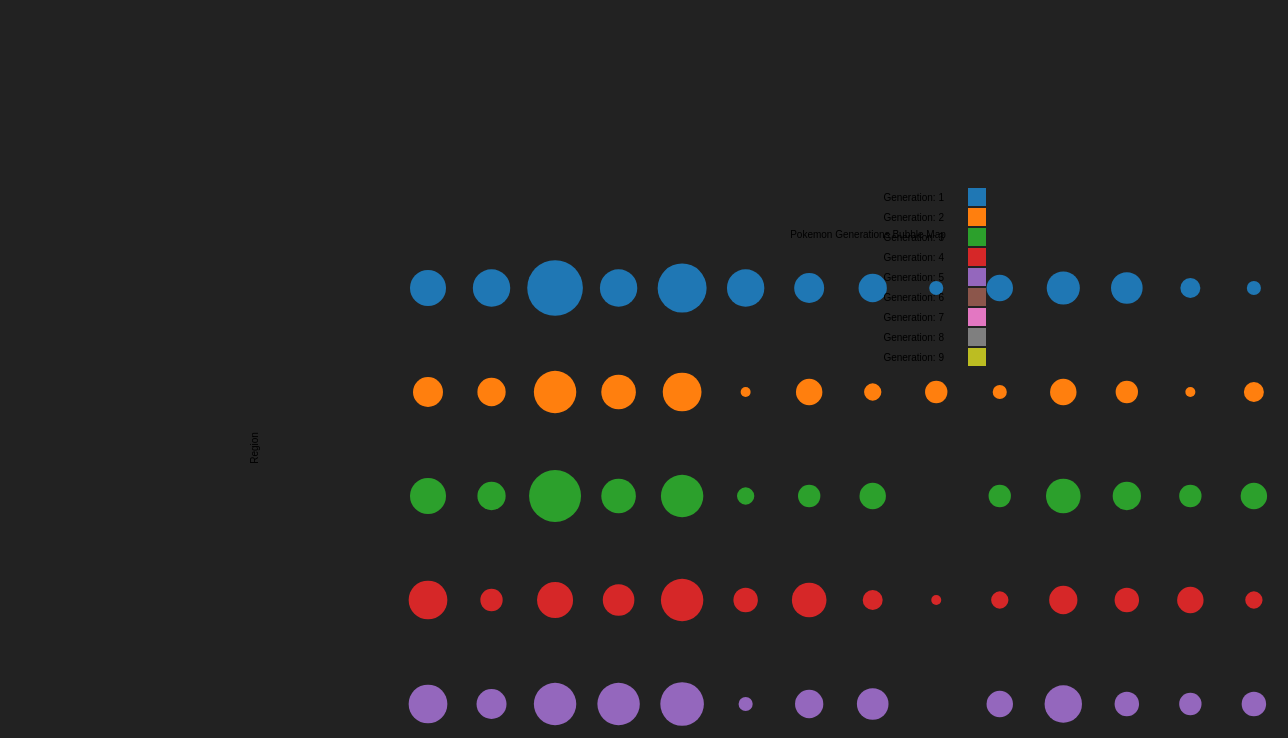
Repository: Cartterr/Proyecto-VisInfo
Page: Propuesta2_Atributos_Burbujas.html
An editor plug-in stored every save of this project. The page is shown before and after the next save, followed by the edit.
The browser window is 1280 px wide. The page is 1288 px wide, so the pictures cover 1288 px, including what lies to the right of the window. The pictures show the whole page.

Above is the page before, as saved 2023-06-21 04:02:39.

After the next save:
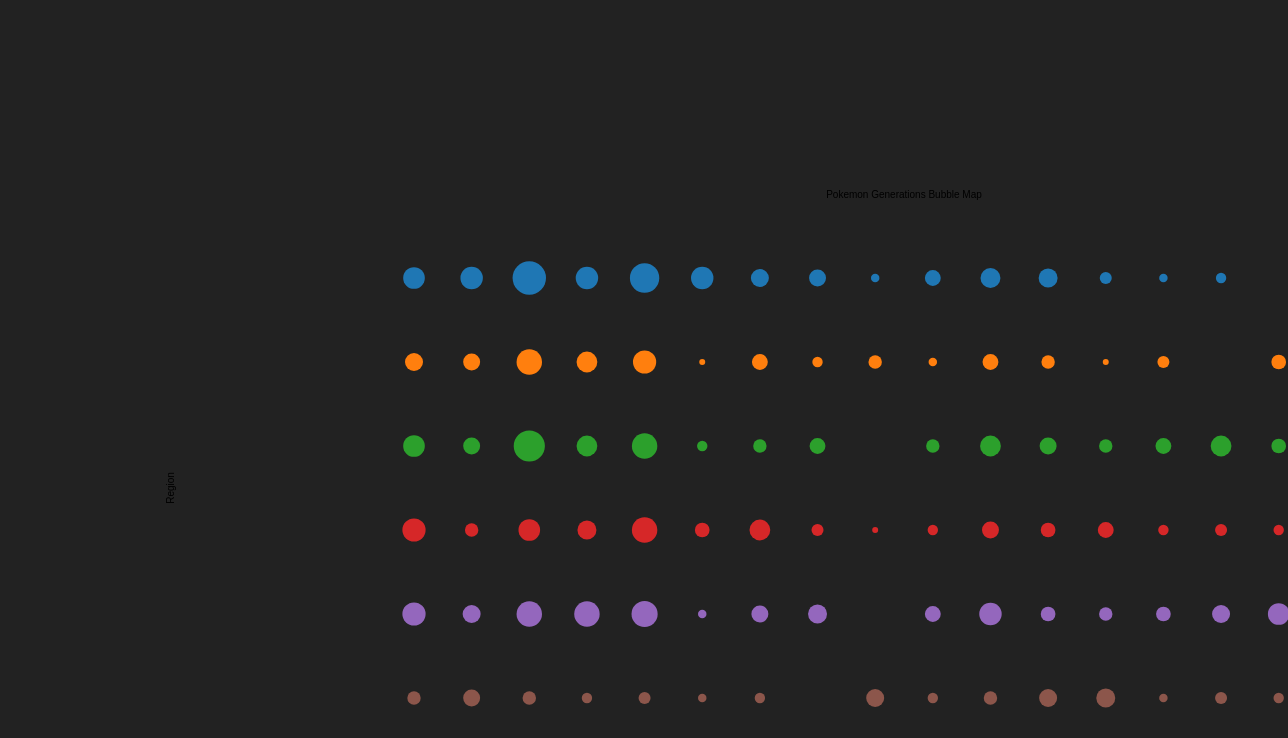
Saved 3 min 11 s later.
--- a/Propuesta2_Atributos_Burbujas.js
+++ b/Propuesta2_Atributos_Burbujas.js
@@ -46,11 +46,11 @@ Promise.all([
     // Define the scale for the coordinates and color
     let xCoord = d3.scalePoint()
         .domain(data.map(d => d.Type))
-        .range([100, window.innerWidth - 100]);
+        .range([150, window.innerWidth - 150]);
 
     let yCoord = d3.scalePoint()
         .domain(data.map(d => d.Region))
-        .range([100, window.innerHeight - 100]);
+        .range([150, window.innerHeight - 150]);
 
     let color = d3.scaleOrdinal(d3.schemeCategory10);
 
@@ -58,11 +58,11 @@ Promise.all([
         .attr("width", window.innerWidth)
         .attr("height", window.innerHeight)
         .append("g")
-        .attr("transform", "translate(" + window.innerWidth / 4 + "," + window.innerHeight / 4 + ")");
+        .attr("transform", "translate(" + window.innerWidth / 5 + "," + window.innerHeight / 6 + ")");
 
     svg.append("text")
-        .attr("x", (window.innerWidth / 2) - 100)
-        .attr("y", 50)
+        .attr("x", (window.innerWidth / 2))
+        .attr("y", 70)
         .attr("class", "title")
         .style("text-anchor", "middle")
         .text("Pokemon Generations Bubble Map");
@@ -73,7 +73,7 @@ Promise.all([
         .append("circle")
         .attr("cx", d => xCoord(d.Type))
         .attr("cy", d => yCoord(d.Region))
-        .attr("r", d => Math.sqrt(d.Count) * 5) // scale the radius by a factor for better visibility
+        .attr("r", d => Math.sqrt(d.Count) * 3) // Adjust the radius factor
         .style("fill", d => color(d.Generation));
 
     bubbles.append("title")
@@ -86,13 +86,13 @@ Promise.all([
         .attr("transform", (d, i) => "translate(0," + i * 20 + ")");
 
     legend.append("rect")
-        .attr("x", window.innerWidth / 2)
+        .attr("x", window.innerWidth - 120)
         .attr("width", 18)
         .attr("height", 18)
         .style("fill", d => color(d.Generation));
 
     legend.append("text")
-        .attr("x", (window.innerWidth / 2) - 24)
+        .attr("x", window.innerWidth - 130)
         .attr("y", 9)
         .attr("dy", ".35em")
         .style("text-anchor", "end")
@@ -100,14 +100,14 @@ Promise.all([
 
     svg.append("text")
         .attr("transform", "rotate(-90)")
-        .attr("y", -80)
-        .attr("x", -((window.innerHeight / 2) - 100))
+        .attr("y", -100)
+        .attr("x", -((window.innerHeight / 2)))
         .attr("dy", "1em")
         .style("text-anchor", "middle")
         .text("Region");
 
     svg.append("text")
-        .attr("transform", "translate(" + ((window.innerWidth / 2) - 100) + " ," + (window.innerHeight - 60) + ")")
+        .attr("transform", "translate(" + ((window.innerWidth / 2)) + " ," + (window.innerHeight - 50) + ")")
         .style("text-anchor", "middle")
         .text("Type");
 }).catch(error => {
